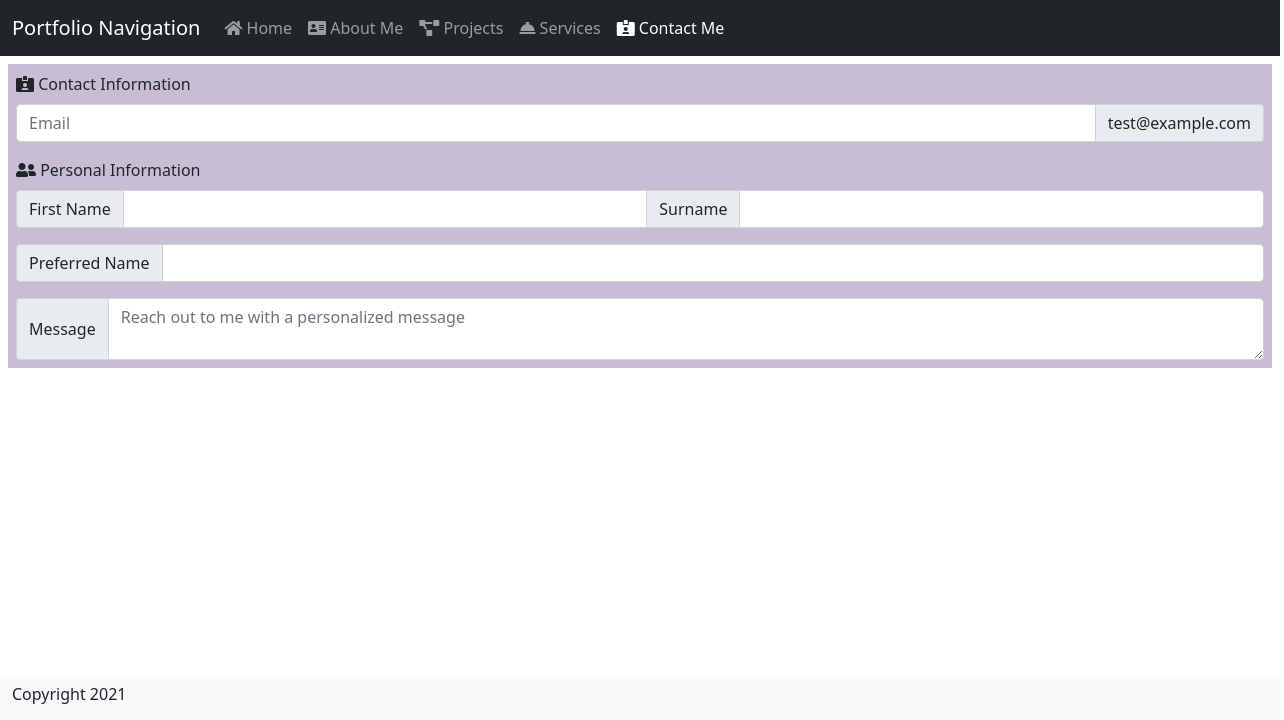
Repository: GarlicButterBoy/Portfolio
Page: contact.html
The author's editor kept a copy of each file at every save. The page is drawn from the files as they stood at one save, then again after the next save.
The browser window is 1280 px wide. The page is 1284 px wide, so the pictures cover 1284 px, including what lies to the right of the window. The pictures show the whole page.

Above is the page before, as saved 2021-06-09 13:07:59.

After the next save:
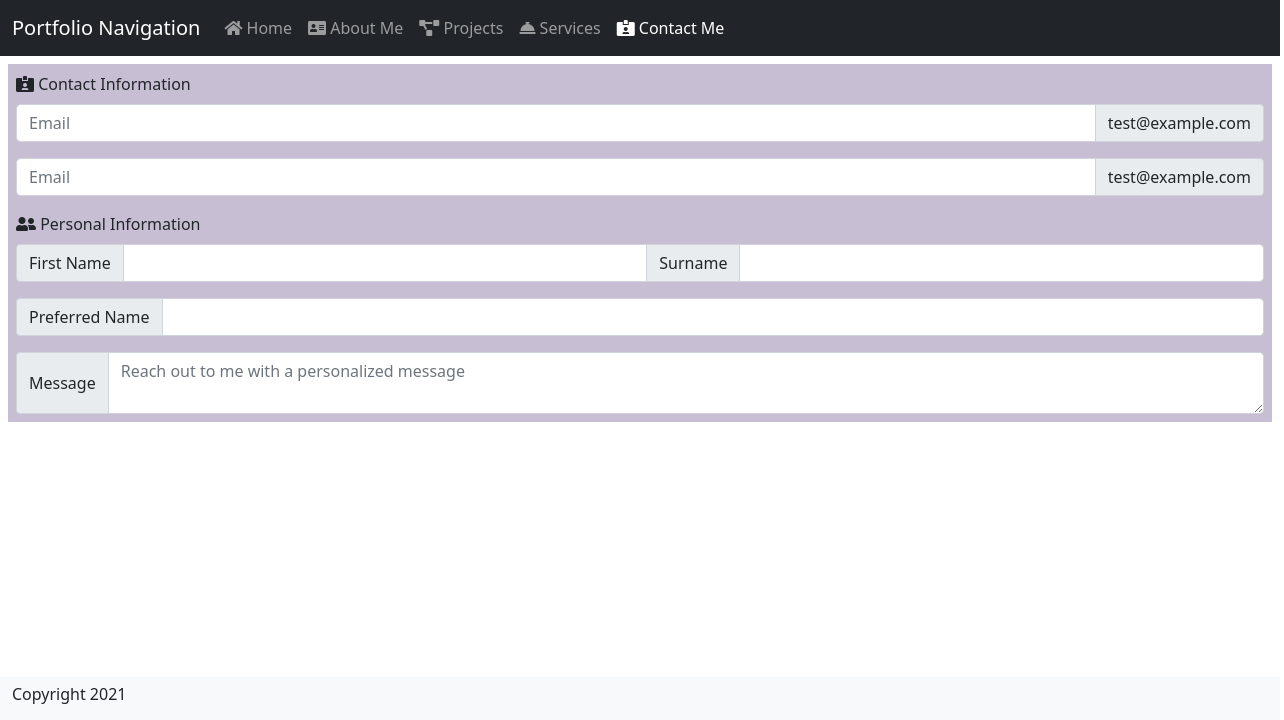
Saved 80 s later.
--- a/contact.html
+++ b/contact.html
@@ -35,6 +35,11 @@
           <div class="col">
             <div class="jumbotron p-2" id="contentArea">
               <label for="basic-url" class="form-label"><i class="fas fa-id-card-alt"></i> Contact Information</label>
+              <div class="input-group mb-3">
+                <input type="text" class="form-control" placeholder="Email" aria-label="Email" aria-describedby="basic-addon2">
+                <span class="input-group-text" id="basic-addon2">test@example.com</span>
+              </div>
+
               <div class="input-group mb-3">
                 <input type="text" class="form-control" placeholder="Email" aria-label="Email" aria-describedby="basic-addon2">
                 <span class="input-group-text" id="basic-addon2">test@example.com</span>
